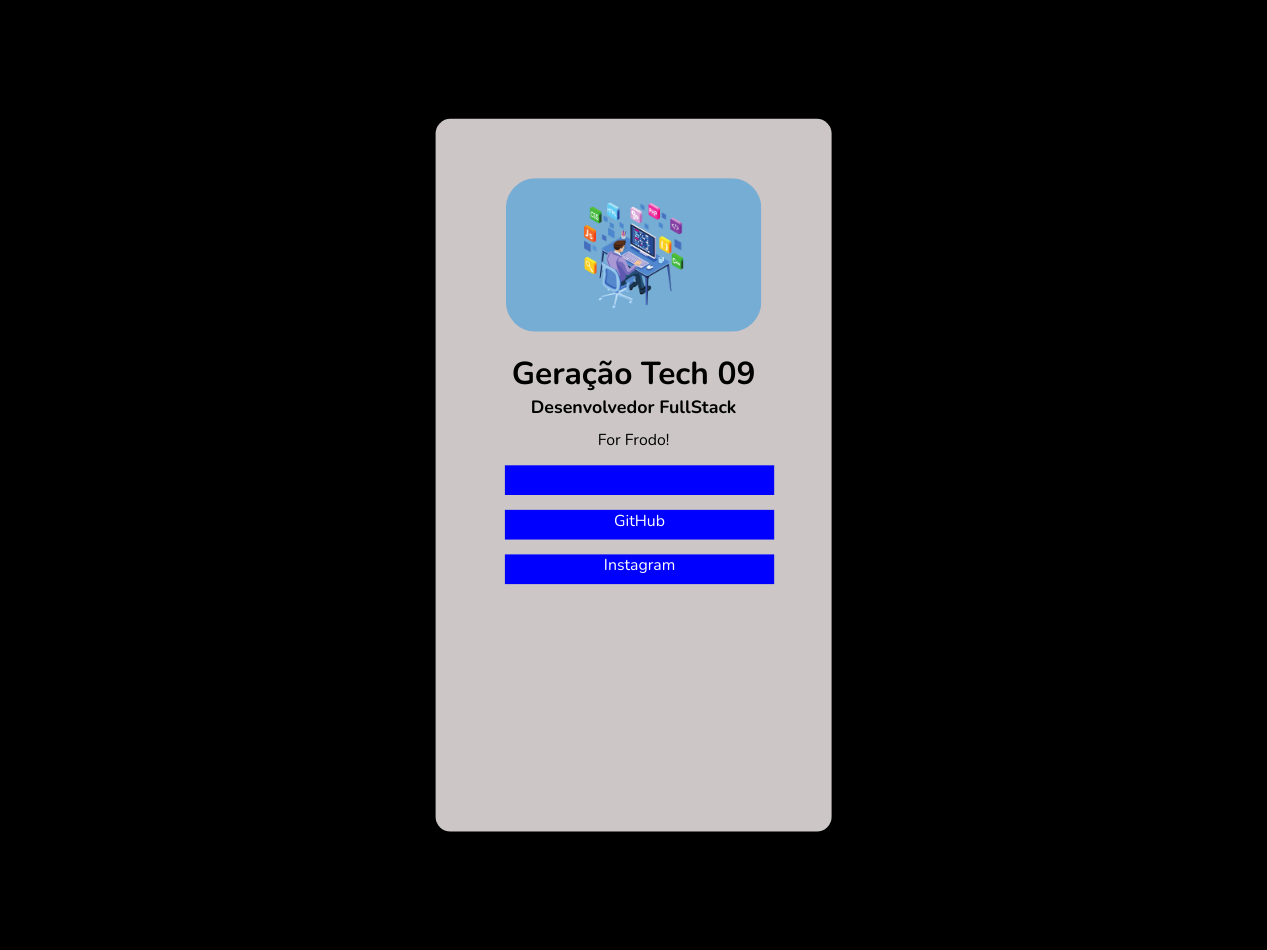
Repository: medeirosregis/linktree-gt09
Page: index.html
The author's editor kept a copy of each file at every save. The page is drawn from the files as they stood at one save, then again after the next save.
The browser window is 1280 px wide. The pictures show the whole page, at 99% of full size.

Above is the page before, as saved 2025-04-11 09:30:39.

After the next save:
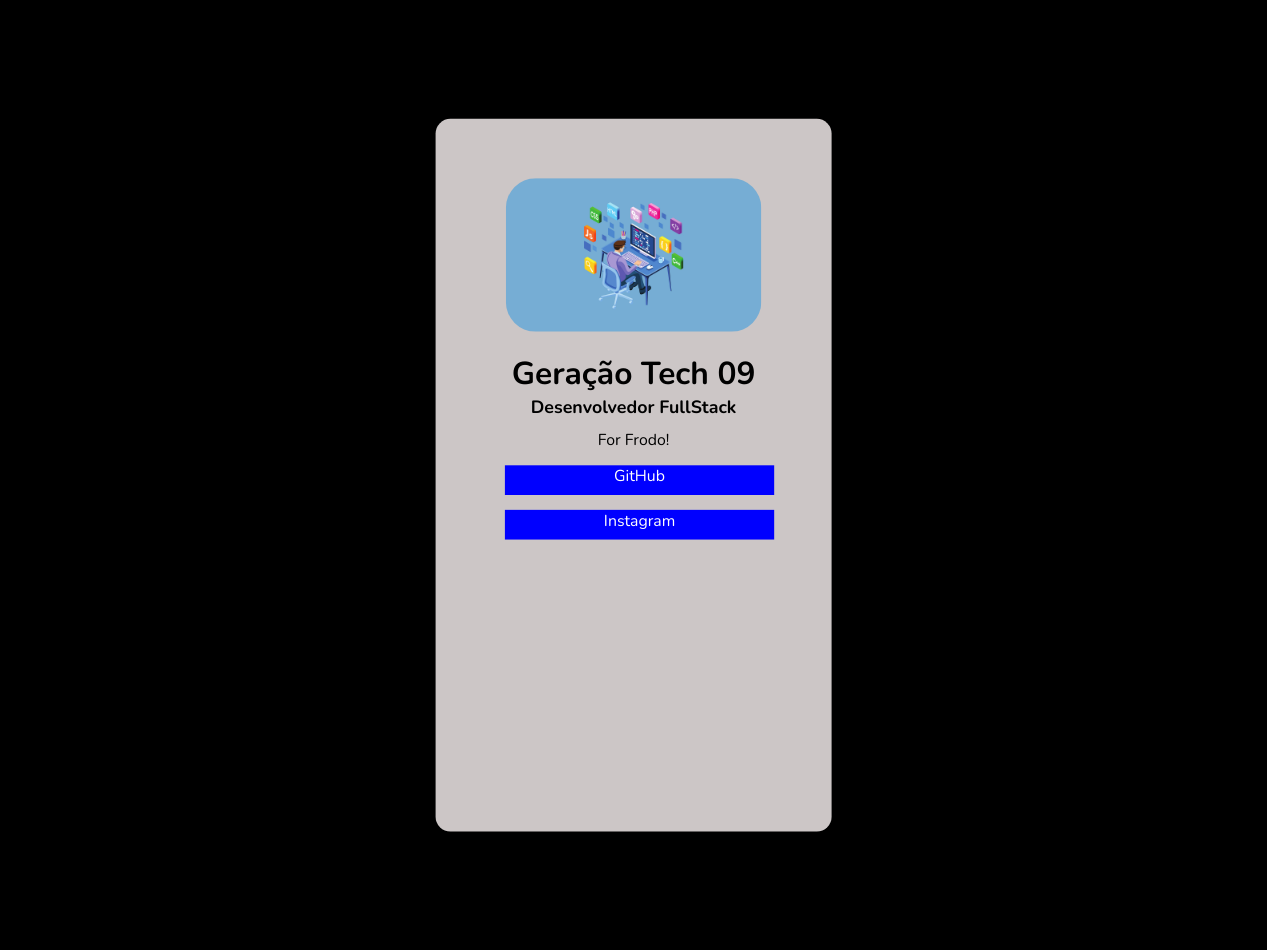
Saved 5 s later.
--- a/index.html
+++ b/index.html
@@ -25,7 +25,7 @@
         <div class="container-social">
             <ul>
                 <a href="https://www.linkedin.com/login/pt" target="_blank">
-                <li>
+                <li
                 <li>
                     <a href="https://github.com/medeirosregis" target="_blank">
                         GitHub

After the save that followed:
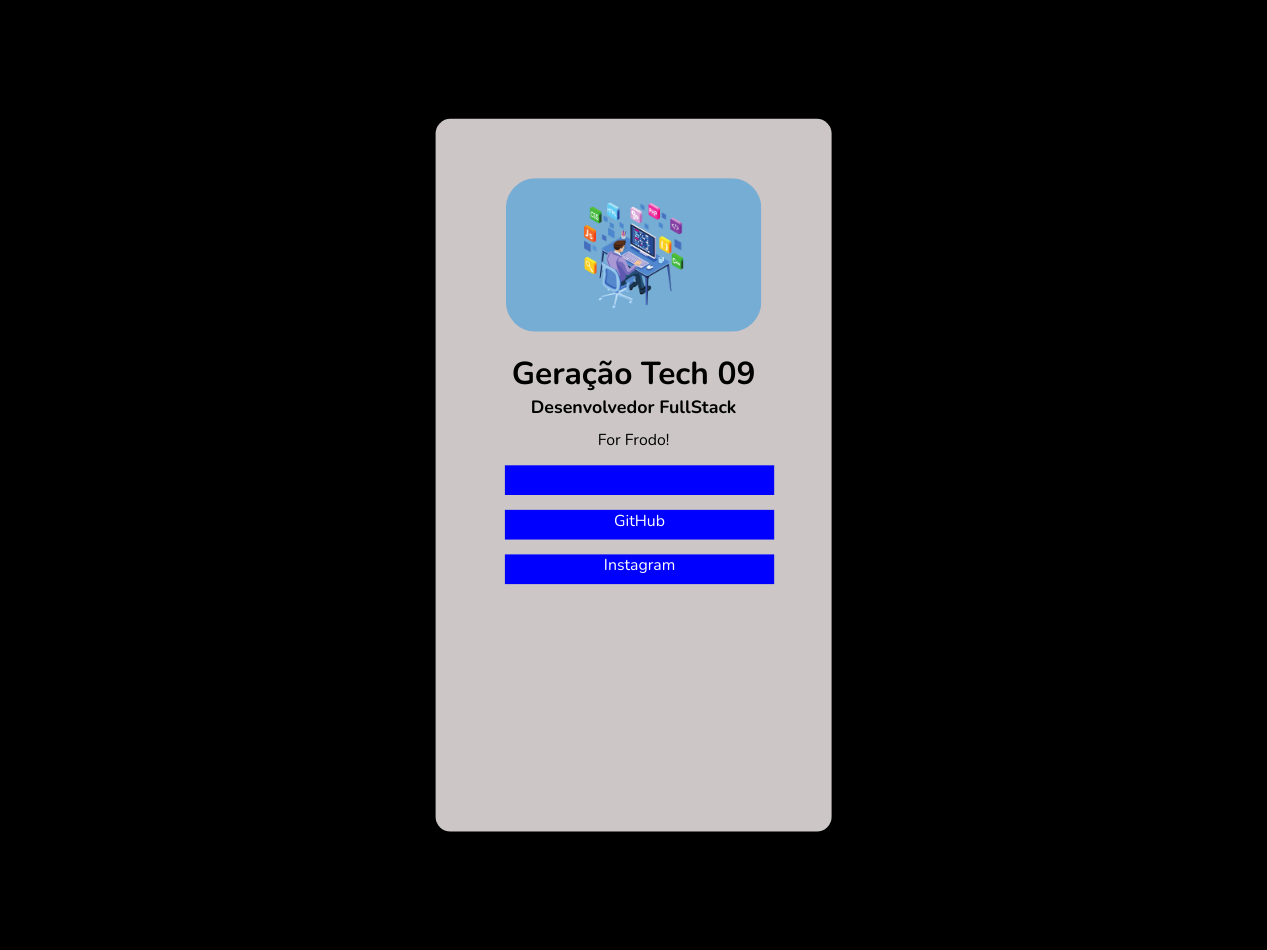
Saved 5 s later.
--- a/index.html
+++ b/index.html
@@ -25,7 +25,7 @@
         <div class="container-social">
             <ul>
                 <a href="https://www.linkedin.com/login/pt" target="_blank">
-                <li
+                <li></li>
                 <li>
                     <a href="https://github.com/medeirosregis" target="_blank">
                         GitHub
